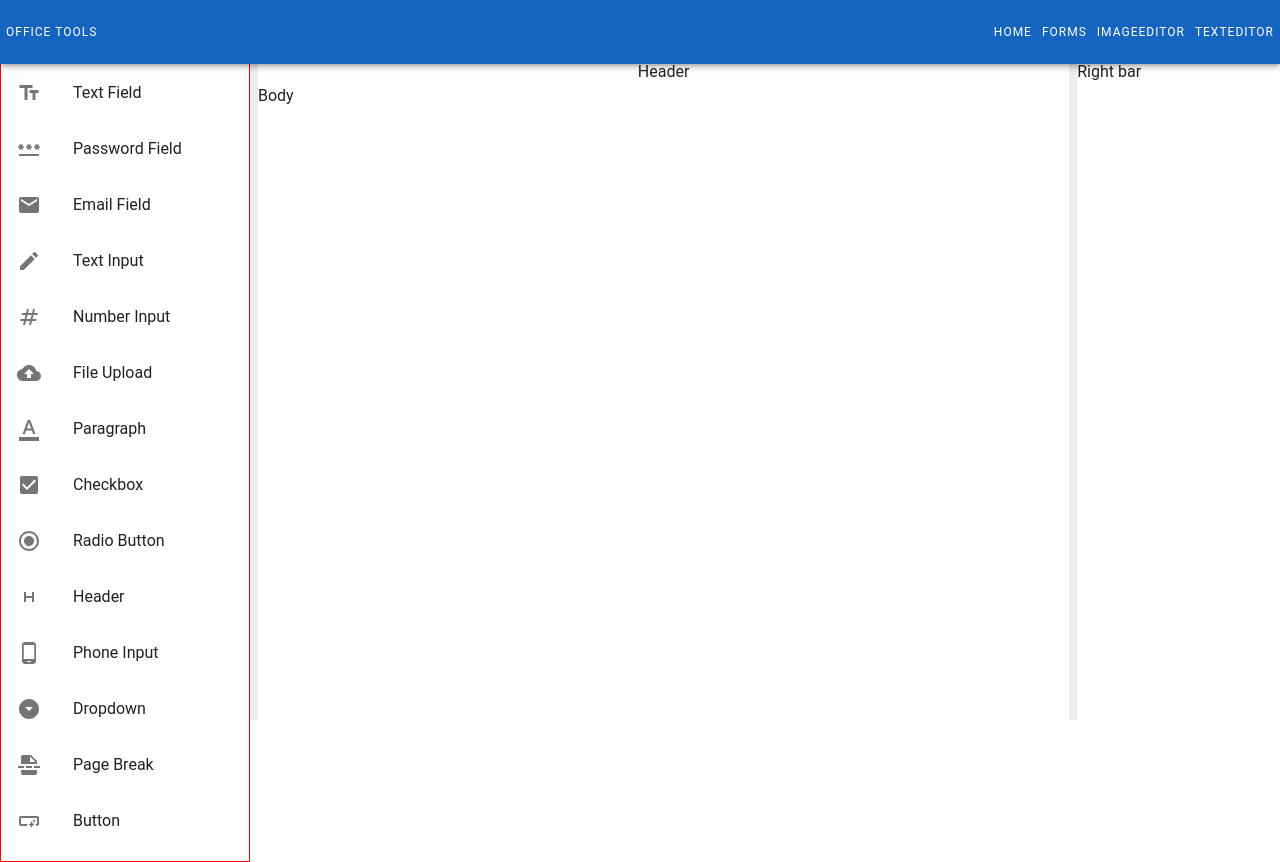
Repository: Vijay-Singh1/office-tools
Page: /form-builder/Create-Form
An editor plug-in stored every save of this project. The page is shown before and after the next save, followed by the edit.
The browser window is 1280 px wide. The pictures show the whole page.
The project was rebuilt for these pictures with package versions that can differ from the ones it lists, and the page was loaded fresh each time. Also part of the build but not shown: vite.config.ts, src/FormBuilderApp/src/pages/FormBuilderHome.tsx, src/FormBuilderApp/src/pages/OpenForms.tsx, src/App.css, src/components/common/sidebar/Sidebar.tsx, src/ImageEditor/src/pages/ImageEditorHome.tsx, src/ImageEditor/src/pages/CreateImage.tsx, src/DocsEditor/src/pages/DocsEditorHome.tsx and 1 more.

Above is the page before, as saved 2024-09-13 22:19:27.

After the next save:
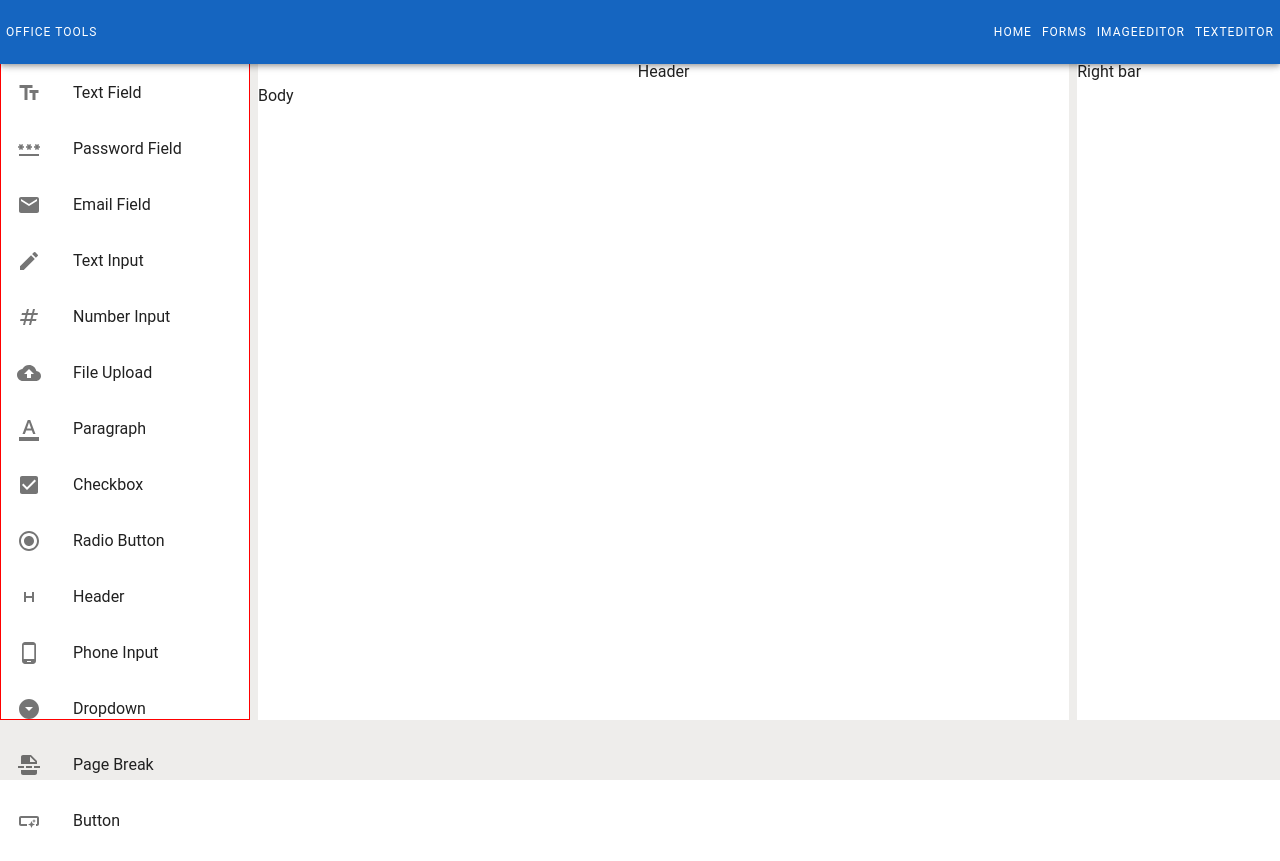
Saved 24 s later.
--- a/src/FormBuilderApp/src/pages/CreateForm.tsx
+++ b/src/FormBuilderApp/src/pages/CreateForm.tsx
@@ -10,8 +10,8 @@ import RightBar from '../components/RightBar/RightBar';
 
 const CreateForm : React.FC = () => {
   return (
-    <Box  flex ={1} sx={{ height: 'calc(100vh - 60px)' }}   >
-      <Stack direction="row" spacing={4}  justifyContent={"space-between"} >
+    <Box  flex ={1} minHeight="100vh"   >
+      <Stack direction="row" spacing={4}  justifyContent={"space-between"} sx={{ height: 'calc(100vh - 60px)' }}  >
       <FormSidebar/>
       <CenterComponent/>
       <RightBar/>
